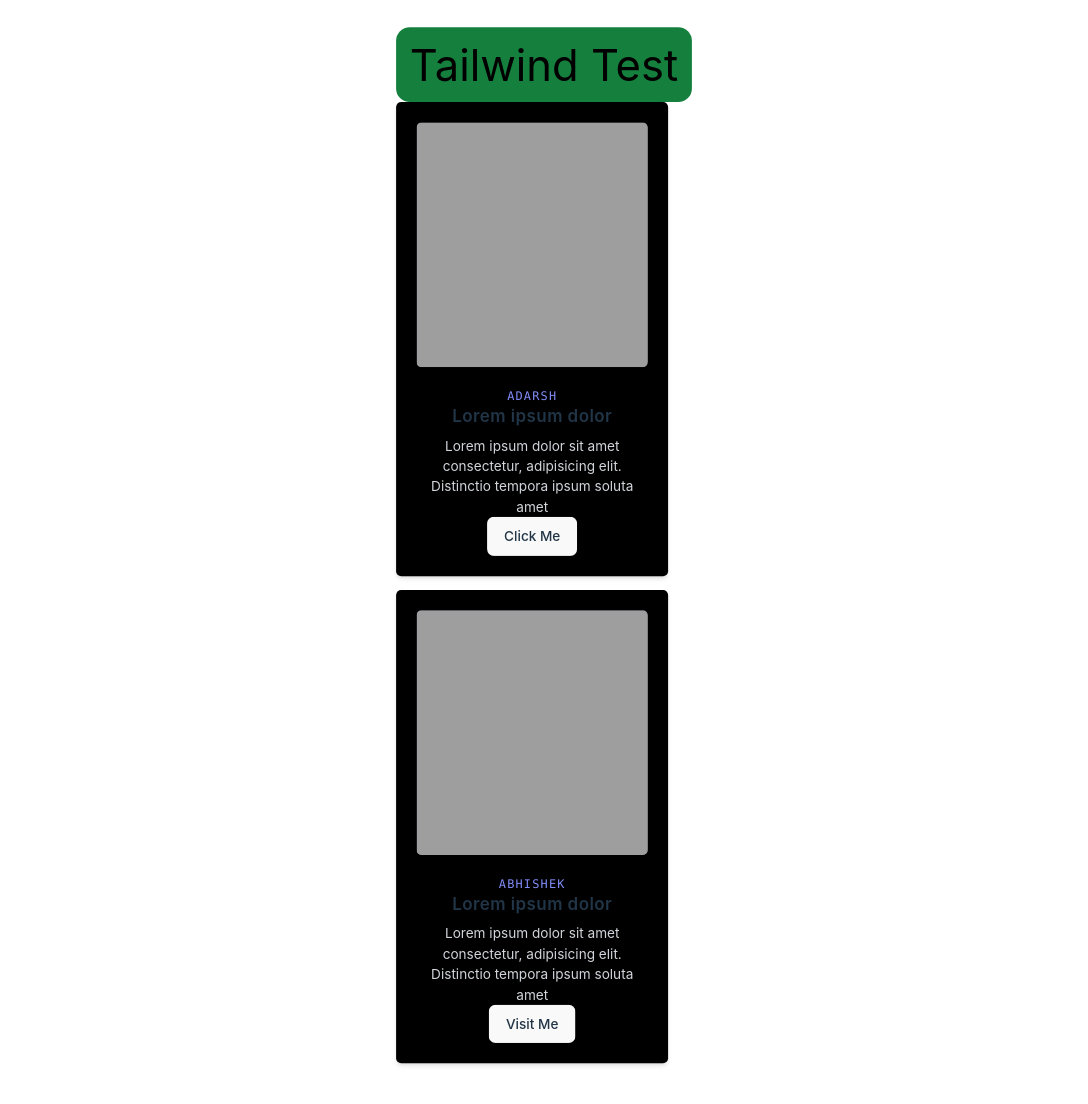
Repository: Adarshjeet0/ReactJs
Page: / (app in 03tailwindprops/)
These files come from the project's save history. The page is drawn as it stood at one moment and after the next save; the edit follows.
The browser window is 1280 px wide. The pictures show the whole page, at 85% of full size.
Pictures or frames that could not be fetched are drawn as grey boxes. The project was rebuilt for these pictures with package versions that can differ from the ones it lists, and the page was loaded fresh each time. Also part of the build but not shown: 03tailwindprops/vite.config.js.

Above is the page before, as saved 2024-11-30 23:43:23.

### 03tailwindprops/src/App.jsx
import { useState } from 'react'
import reactLogo from './assets/react.svg'
import viteLogo from '/vite.svg'
import './App.css'
import Card from './components/card.jsx'

function App() {
  const [count, setCount] = useState(0)

  return (
    <>
      <h1 className="bg-green-700 p-4 rounded-2xl text-black">Tailwind Test</h1>

      <Card userName="Adarsh" btnText="Click Me"/>
      <Card userName="Abhishek"/>
    </>
  )
}

export default App

### 03tailwindprops/src/components/card.jsx
import React from 'react'

function Card({userName, btnText= "Visit Me"}) {
  return (
    <div className="max-w-xs p-6 rounded-md shadow-md bg-black mb-4">
        <img
          src="https://source.unsplash.com/300x300/?random"
          alt=""
          className="object-cover object-center w-full rounded-md h-72 bg-gray-500"
        />
        <div className="mt-6 mb-2">
          <span className="block text-sm font-medium font-mono tracking-widest uppercase text-indigo-400">
            {userName}
          </span>
          <h2 className="text-xl font-semibold tracking-wide">Lorem ipsum dolor</h2>
        </div>
        <p className="text-gray-300">
          Lorem ipsum dolor sit amet consectetur, adipisicing elit. Distinctio tempora ipsum soluta
          amet
        </p>
        <button>{btnText}</button>
      </div>
  )
}

export default Card

Loaded but not shown: 03tailwindprops/index.html (common file); 03tailwindprops/src/main.jsx (common file); 03tailwindprops/src/index.css (common file); 03tailwindprops/src/App.css (common file); 03tailwindprops/tailwind.config.js (common file)

After the next save:
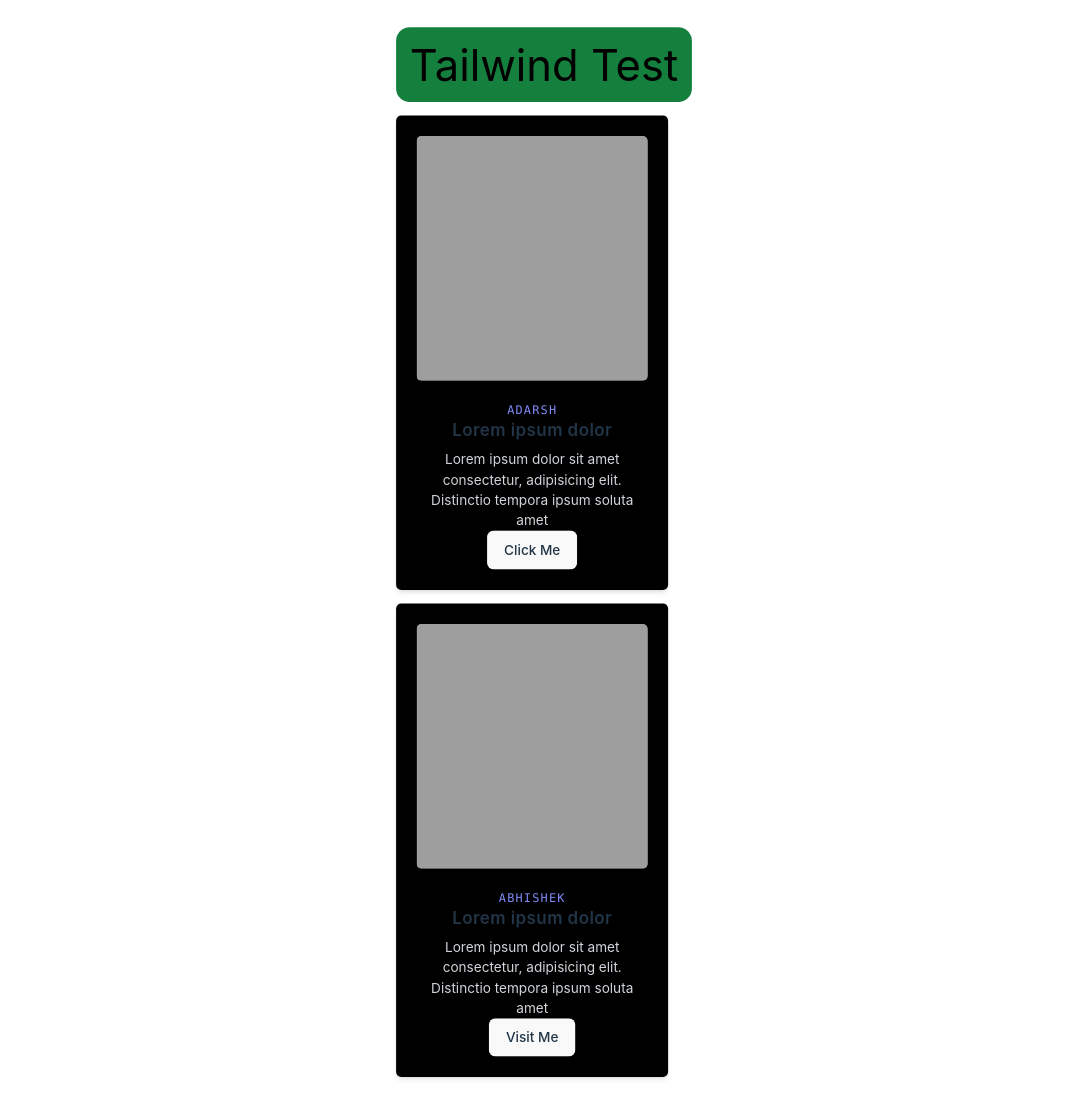
Saved 16 s later.
--- a/03tailwindprops/src/components/card.jsx
+++ b/03tailwindprops/src/components/card.jsx
@@ -2,7 +2,7 @@
 
 function Card({userName, btnText= "Visit Me"}) {
   return (
-    <div className="max-w-xs p-6 rounded-md shadow-md bg-black mb-4">
+    <div className="max-w-xs p-6 rounded-md shadow-md bg-black mt-4">
         <img
           src="https://source.unsplash.com/300x300/?random"
           alt=""
